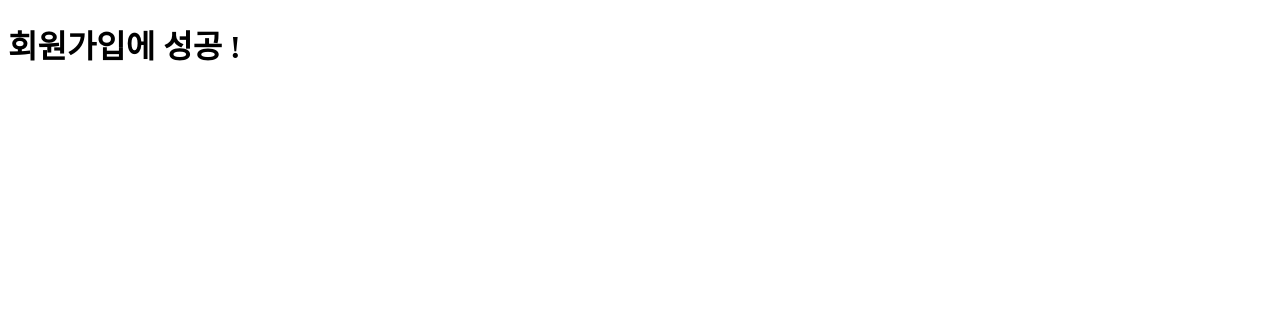
Repository: 2Mihye/servlet-jsp-workspace
Page: http://localhost/Join/register_success.jsp
These files come from the project's save history. The page is drawn as it stood at one moment and after the next save; the edit follows.
The browser window is 1280 px wide. The pictures show the whole page.
The page is served by Tomcat 9. Other server files are loaded and not shown.

Above is the page before, as saved 2023-11-07 01:59:21.

### Join/src/main/webapp/register_success.jsp
<%@ page language="java" contentType="text/html; charset=EUC-KR"
    pageEncoding="EUC-KR"%>
<!DOCTYPE html>
<html>
<head>
<meta charset="EUC-KR">
<title>Insert title here</title>
</head>
<body>
<h1>회원가입에 성공 !</h1>
</body>
</html>

After the next save:
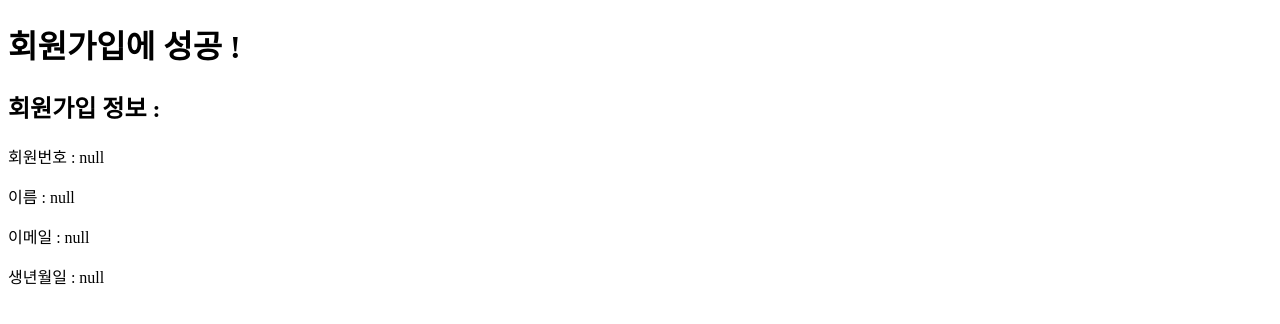
Saved 21 min 17 s later.
--- a/Join/src/main/webapp/register_success.jsp
+++ b/Join/src/main/webapp/register_success.jsp
@@ -2,11 +2,16 @@
     pageEncoding="EUC-KR"%>
 <!DOCTYPE html>
 <html>
-<head>
-<meta charset="EUC-KR">
-<title>Insert title here</title>
-</head>
-<body>
-<h1>회원가입에 성공 !</h1>
-</body>
+	<head>
+		<meta charset="EUC-KR">
+		<title>회원가입에 성공하셨습니다 !</title>
+	</head>
+	<body>
+		<h1>회원가입에 성공 !</h1>
+		<h2>회원가입 정보 : </h2>
+		<p> 회원번호 : <%= session.getAttribute("mno")%></p>
+		<p> 이름 : <%= session.getAttribute("mname")%></p>
+		<p> 이메일 : <%= session.getAttribute("memail")%></p>
+		<p> 생년월일 : <%= session.getAttribute("mbirth")%></p>
+	</body>
 </html>
